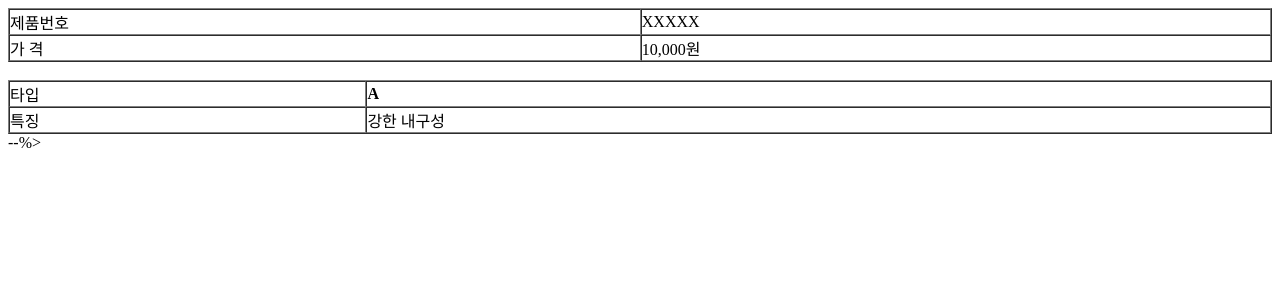
Repository: noopzzya/study_jsp_globalin
Page: http://localhost/ServletProject/temp/template/info_view.jsp
The author's editor kept a copy of each file at every save. The page is drawn from the files as they stood at one save, then again after the next save.
The browser window is 1280 px wide. The pictures show the whole page.
The page is served by Tomcat 9. Other server files are loaded and not shown.

Above is the page before, as saved 2023-02-01 06:29:50.

### ServletProject/src/main/webapp/temp/template/info_view.jsp
<%@ page language="java" contentType="text/html; charset=UTF-8"
    pageEncoding="UTF-8"%>

<table width="100%" border="1" cellpadding="0" cellspacing="0">

	<tr>
		<td>제품번호</td><td>XXXXX</td>
	</tr>

	<tr>
		<td>가   격</td><td>10,000원</td>
	</tr>

</table>

<jsp:include page="infoSub.jsp" flush="false">

	<jsp:param value="A" name="type"/>

</jsp:include>

<%-- <jsp:include page="infoSub.jsp" flush="false"> --%>

<%-- 	<jsp:param value="A" name="type"/> --%>
<%-- <%-- 	<jsp:param value="B" name="type"/> --%> --%>

<%-- </jsp:include> --%>

### ServletProject/src/main/webapp/temp/template/infoSub.jsp
<%@ page language="java" contentType="text/html; charset=UTF-8"
    pageEncoding="UTF-8"%>
<%
	String type = request.getParameter("type");
	if(type != null){
%>
		<br>
		<table width="100%" border="1" cellpadding="0" cellspacing="0">

			<tr>
				<td>타입</td> <td><b><%=type %></b></td>
			</tr>

			<tr>
				<td>특징</td>

				<td>
				<% if(type.equals("A")){ %>
					강한 내구성
				<%}else if(type.equals("B")){ %>
					뛰어난 대처 능력
				<%}%>
				</td>
			</tr>

		</table>
<%
	}
%>

After the next save:
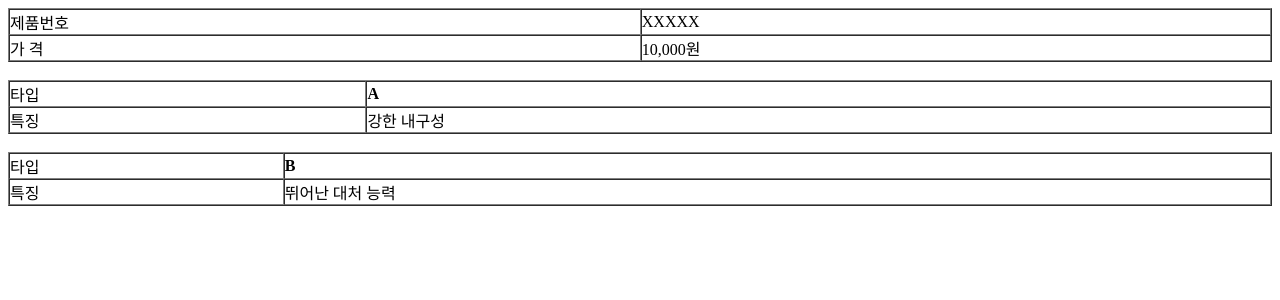
Saved 40 s later.
--- a/ServletProject/src/main/webapp/temp/template/info_view.jsp
+++ b/ServletProject/src/main/webapp/temp/template/info_view.jsp
@@ -19,9 +19,8 @@
 
 </jsp:include>
 
-<%-- <jsp:include page="infoSub.jsp" flush="false"> --%>
+<jsp:include page="infoSub.jsp" flush="false">
 
-<%-- 	<jsp:param value="A" name="type"/> --%>
-<%-- <%-- 	<jsp:param value="B" name="type"/> --%> --%>
+	<jsp:param value="B" name="type"/>
 
-<%-- </jsp:include> --%>
+</jsp:include>

After the save that followed:
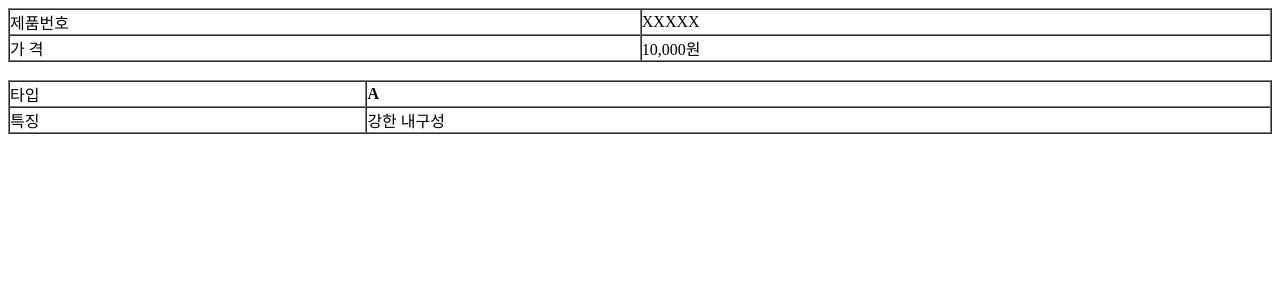
Saved 47 s later.
--- a/ServletProject/src/main/webapp/temp/template/info_view.jsp
+++ b/ServletProject/src/main/webapp/temp/template/info_view.jsp
@@ -19,8 +19,9 @@
 
 </jsp:include>
 
-<jsp:include page="infoSub.jsp" flush="false">
+<!-- 액션 태그 사이에는 주석을 사용할 수 없습니다 -->
+<%-- <jsp:include page="infoSub.jsp" flush="false"> --%>
 
-	<jsp:param value="B" name="type"/>
+<%-- 	<jsp:param value="B" name="type"/> --%>
 
-</jsp:include>
+<%-- </jsp:include> --%>
